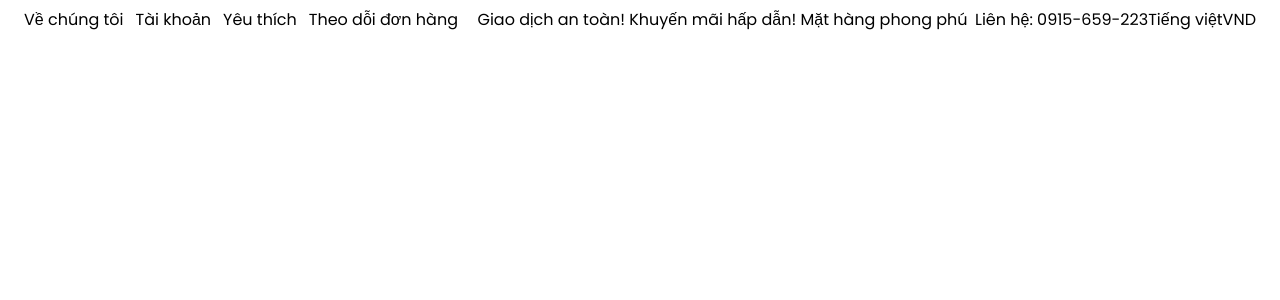
Repository: DucNghia2004/project_pro_01
Page: index.html
An editor plug-in stored every save of this project. The page is shown before and after the next save, followed by the edit.
The browser window is 1280 px wide. The pictures show the whole page.

Above is the page before, as saved 2024-05-25 21:53:27.

After the next save:
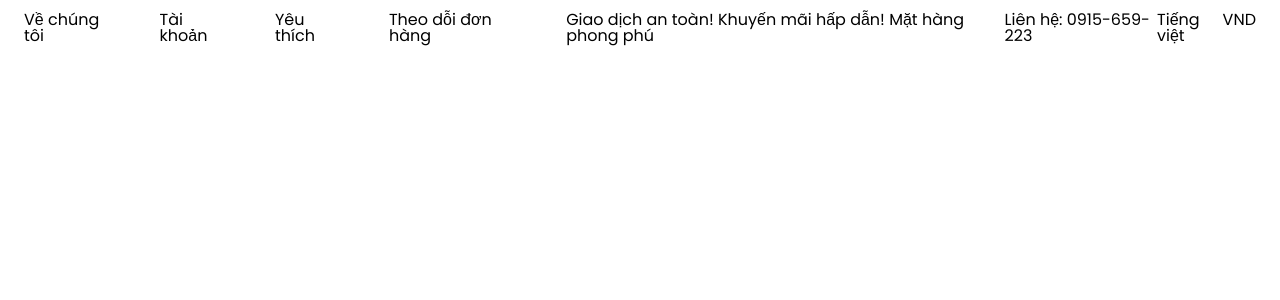
Saved 2 min 2 s later.
--- a/assets/css/styles.css
+++ b/assets/css/styles.css
@@ -42,5 +42,5 @@
 }
 
 .info--top__desc {
-    margin-right: 12px;
+    margin-right: 52px;
 }

After the save that followed:
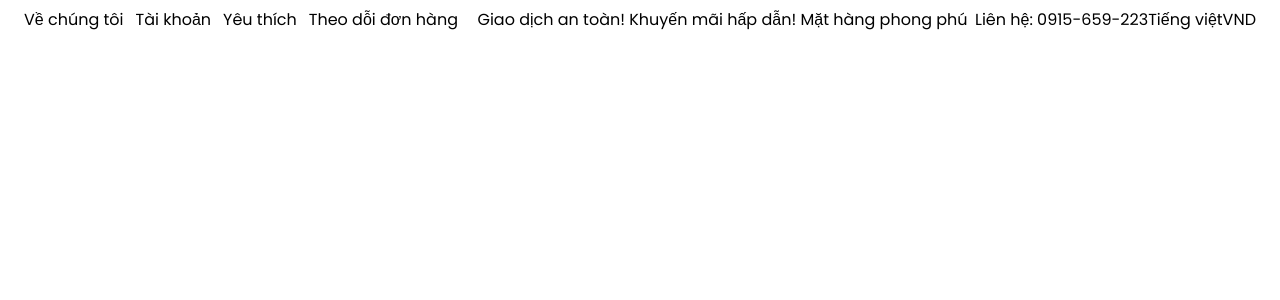
Saved 10 s later.
--- a/assets/css/styles.css
+++ b/assets/css/styles.css
@@ -42,5 +42,5 @@
 }
 
 .info--top__desc {
-    margin-right: 52px;
+    margin-right: 12px;
 }
